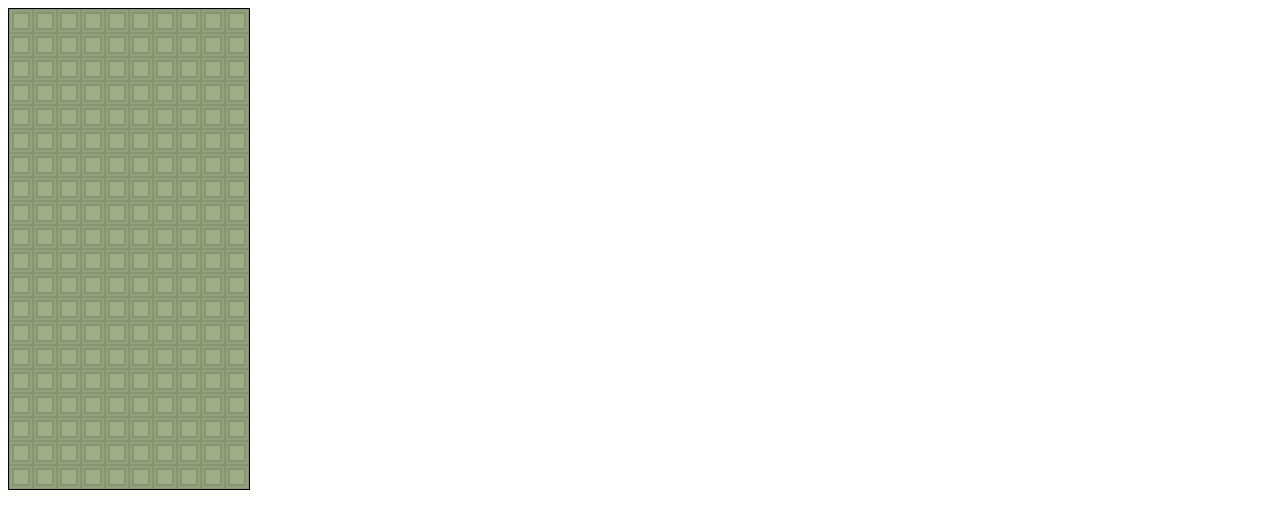
Repository: yzarc204/tetris-web
Page: index.html
The author's editor kept a copy of each file at every save. The page is drawn from the files as they stood at one save, then again after the next save.
The browser window is 1280 px wide. The pictures show the whole page.

Above is the page before, as saved 2021-09-20 19:00:19.

After the next save:
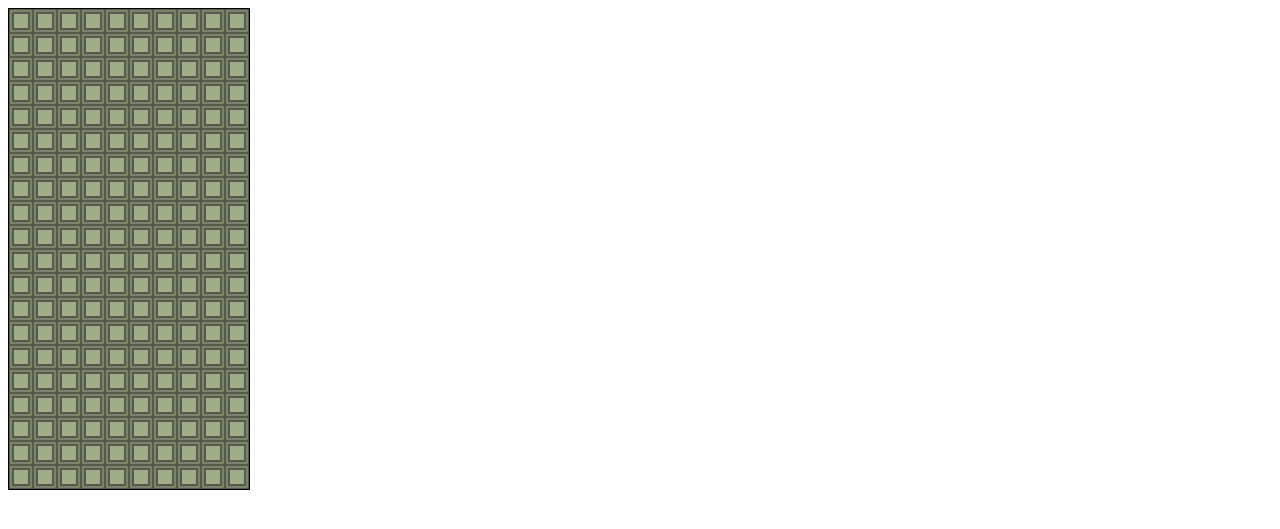
Saved 36 s later.
--- a/js/const.js
+++ b/js/const.js
@@ -9,6 +9,6 @@
 const GAME_WIDTH = PIXEL_SIZE * COL;
 const GAME_HEIGHT = PIXEL_SIZE * ROW;
 
-const GAME_BG_COLOR = '#889472';
+const GAME_BG_COLOR = '#555b4c';
 const PIXEL_COLOR = '#000000';
 const PIXEL_BG_COLOR = '#9EAD86';

After the save that followed:
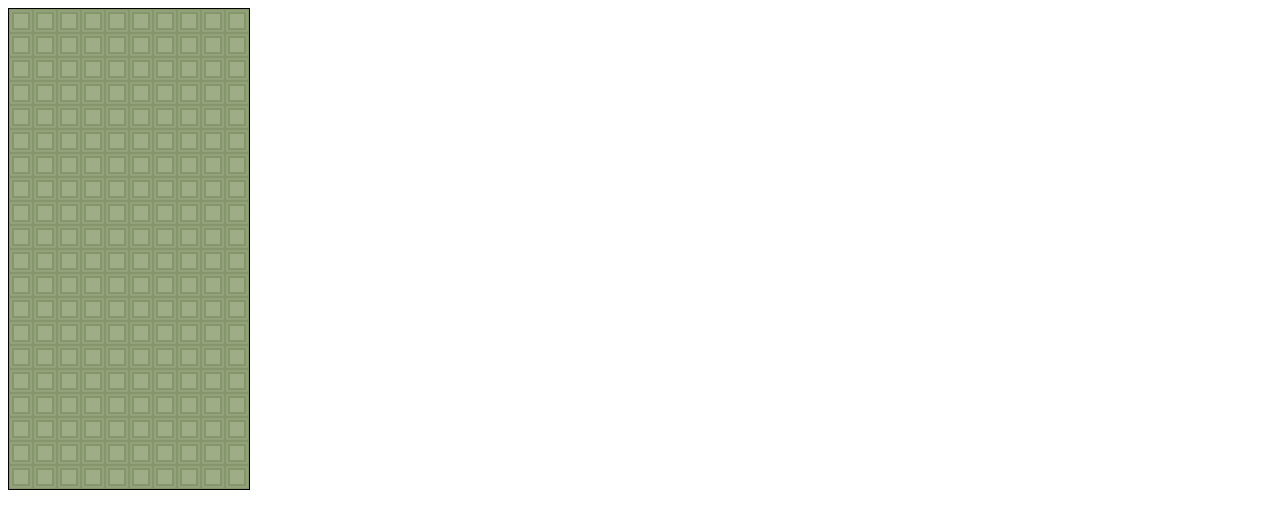
Saved 29 s later.
--- a/js/const.js
+++ b/js/const.js
@@ -9,6 +9,6 @@
 const GAME_WIDTH = PIXEL_SIZE * COL;
 const GAME_HEIGHT = PIXEL_SIZE * ROW;
 
-const GAME_BG_COLOR = '#555b4c';
+const GAME_BG_COLOR = '#86966c';
 const PIXEL_COLOR = '#000000';
 const PIXEL_BG_COLOR = '#9EAD86';
